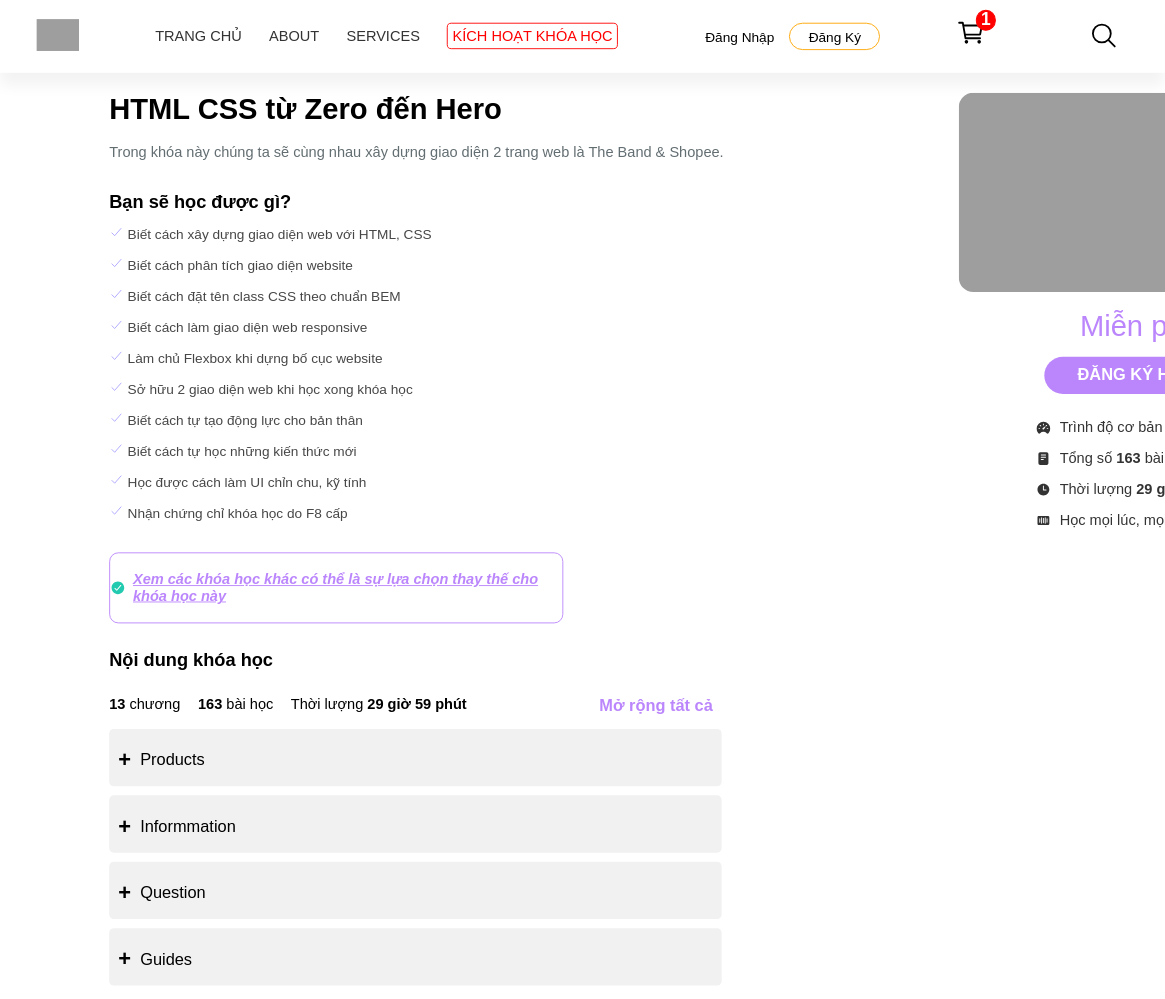
Repository: hoanghuuphuc/hoanghuuphuc
Page: details.html
These files come from the project's save history. The page is drawn as it stood at one moment and after the next save; the edit follows.
The browser window is 1280 px wide. The pictures show the whole page, at 91% of full size.
Pictures or frames that could not be fetched are drawn as grey boxes.

Above is the page before, as saved 2022-12-11 23:54:07.
Console error: TypeError: Cannot read properties of null (reading 'addEventListener')

After the next save:
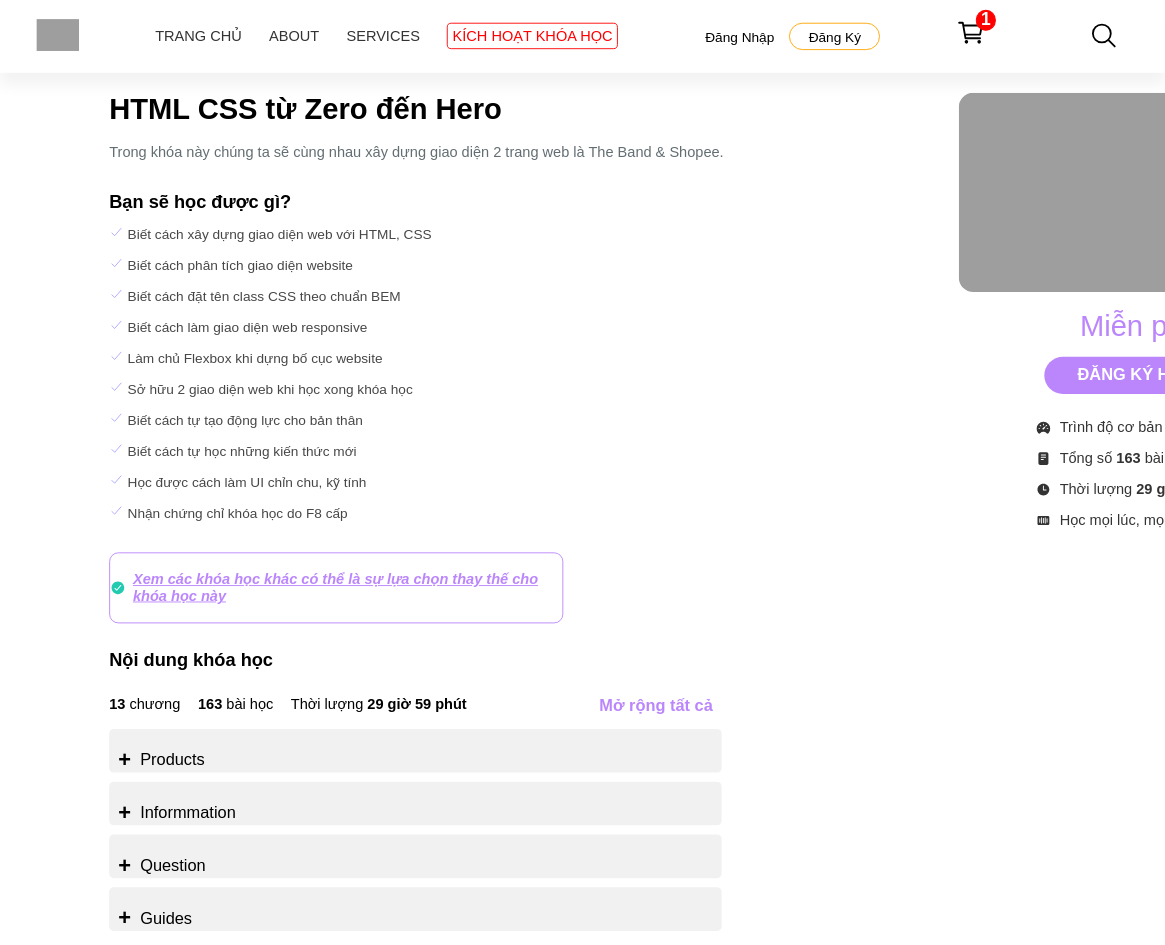
Saved 23 s later.
--- a/style.css
+++ b/style.css
@@ -778,7 +778,7 @@ footer {
 .accordion li label {
   display: flex;
   align-items: center;
-  padding: 10px 10px 15px 10px;
+  padding: 10px 10px 0px 10px;
   font-size: 18px;
   font-weight: 500;
   cursor: pointer;
